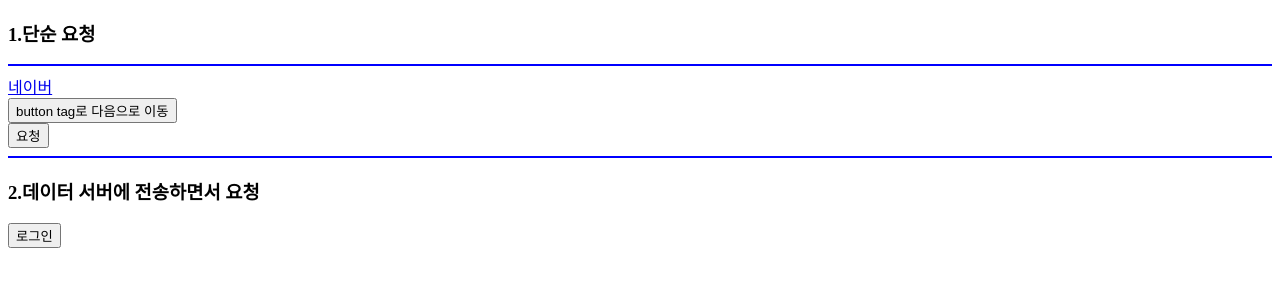
Repository: hwanginbeom/WEB
Page: step01_basic/WebContent/step01/step01_form.html
These files come from the project's save history. The page is drawn as it stood at one moment and after the next save; the edit follows.
The browser window is 1280 px wide. The pictures show the whole page.

Above is the page before, as saved 2018-07-17 08:21:52.

### step01_basic/WebContent/step01/step01_form.html
<!DOCTYPE html>
<html>
		<head>
			<meta charset="EUC-KR">
			<title>step01_form.html</title>
		</head>
	<body>
		<h3>1.단순 요청</h3>
		<hr color="blue">
		<!-- 버튼 , 링크 -->
		<a href="https://www.naver.com/">네이버</a>

		<br>
		<button onclick="location.href='http://www.daum.net'">button tag로 다음으로 이동</button>

		<br>
		<!-- servlet으로 요청하는 form tag에 대한 연습
		http://ip:port/step01_basic/ster01/step01_form.html
			<form action="test2"> submit
			http://ip:port/step01_basic/step01/test2

		http://ip:port/step01_basic/ster01/step01_form.html
			<form action="../test2"> submit
			http://ip:port/step01_basic/test2


		-->
		<form action="../test2" method="post">
			<input type="submit" value="요청">
		</form>

		<hr color="blue">
		<h3>2.데이터 서버에 전송하면서 요청 </h3>
		<form action="../test2" method="post">
			<input type="submit" value="로그인">
		</form>


	</body>
</html>

After the next save:
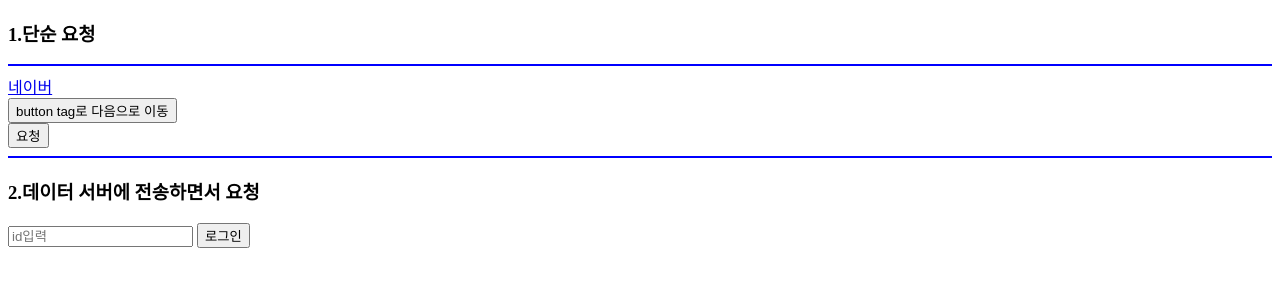
Saved 67 s later.
--- a/step01_basic/WebContent/step01/step01_form.html
+++ b/step01_basic/WebContent/step01/step01_form.html
@@ -29,9 +29,13 @@
 			<input type="submit" value="요청">
 		</form>
 
+
 		<hr color="blue">
 		<h3>2.데이터 서버에 전송하면서 요청 </h3>
 		<form action="../test2" method="post">
+			<input type="text" name = "id" placeholder="id입력">
+
+
 			<input type="submit" value="로그인">
 		</form>
 
